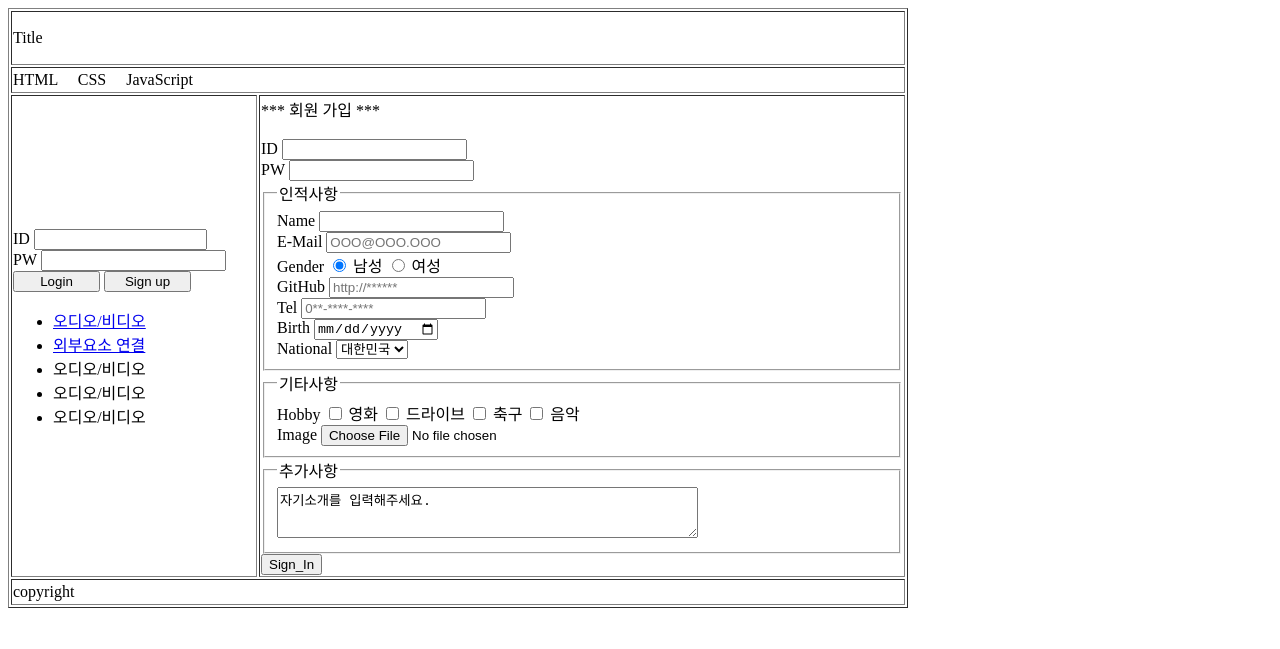
Repository: Hwangjiwon/MultiCampus
Page: http://localhost/2Study/jsp/member_insert.jsp
An editor plug-in stored every save of this project. The page is shown before and after the next save, followed by the edit.
The browser window is 1280 px wide. The pictures show the whole page.
The page is served by Tomcat 9.

Above is the page before, as saved 2019-05-31 02:47:01.

After the next save:
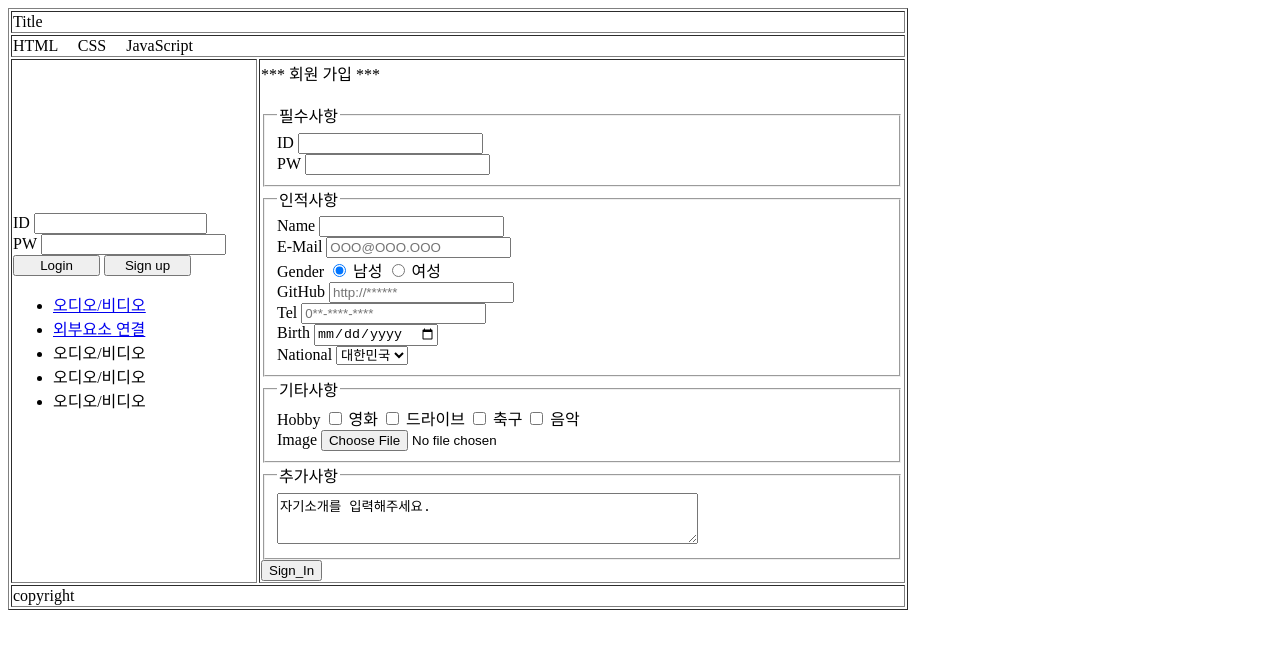
Saved 30 s later.
--- a/2Study/WebContent/jsp/member_insert.jsp
+++ b/2Study/WebContent/jsp/member_insert.jsp
@@ -8,9 +8,11 @@
 	*** 회원 가입 *** <br> <br>
 
 	<form action = "/2Study/Main?sign=member_insert" method="get">
-
+		<fieldset>
+			<legend>필수사항</legend>
 		ID <input type = "text" name = "id" > <br>
 		PW <input type = "text" name = "pw" > <br>
+		</fieldset>
 		<fieldset>
 			<legend>인적사항</legend>
 		Name <input type = "text" name = "name"> <br>
